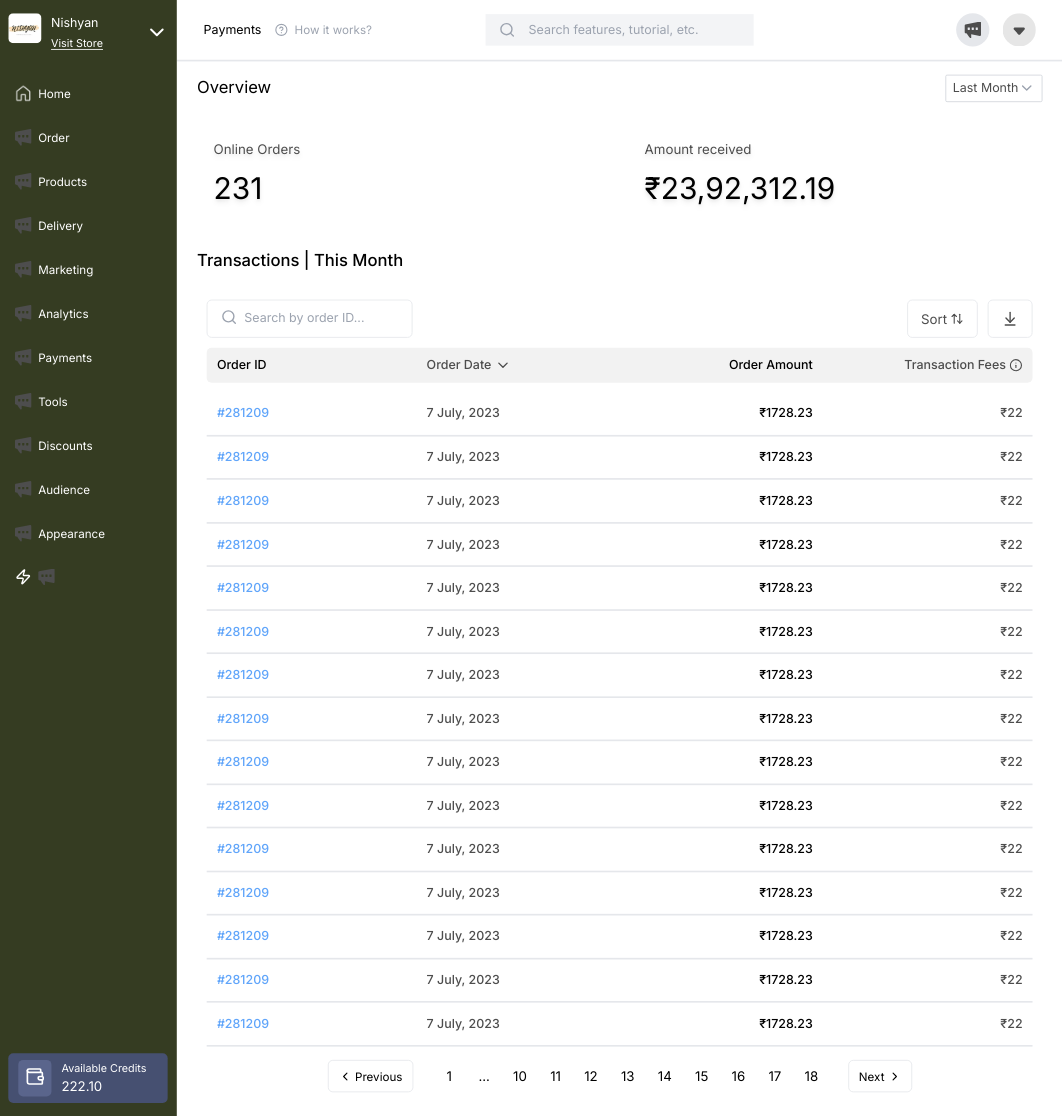
Repository: SubhamBnk/dukaan-task
Page: /
These files come from the project's save history. The page is drawn as it stood at one moment and after the next save; the edit follows.
The browser window is 1280 px wide. The pictures show the whole page, at 83% of full size.
The project was rebuilt for these pictures with package versions that can differ from the ones it lists, and the page was loaded fresh each time. The framework's server and built-in components were replaced by stand-ins that run in the browser. Also part of the build but not shown: next.config.js.

Above is the page before, as saved 2024-01-09 20:41:00.

### src/app/page.tsx
import OrderList from '@/components/OrderList'
import {  ArrowDown, ArrowDownToLine, ArrowUpDown, BadgePercent, BarChartBig, ChevronDown, ChevronLeft, ChevronRight, ClipboardList, CreditCard, HelpCircle, HomeIcon, Info, LayoutGrid, MousePointer2, Palette, Search, Truck, Users, Volume2, Wallet, Zap } from 'lucide-react'
import Image from 'next/image'

export default function Home() {
  const ordersToRender = [];

    for (let i = 0; i < 15; i++) {
      ordersToRender.push(<OrderList key={i} />);
    }

  return (
    <div className='grid grid-cols-6 bg-white '>
      <div className='bg-[#353C22] h-100 px-2.5 py-4 text-white relative'>
          {/* Logo and Name */}
          <div className='flex gap-3'>
            <div>
              <Image src='/logo.png' alt='Nishyan' className='rounded-md' width={50} height={50}/>
            </div>
            <div className='flex flex-col gap-1 justify-start items-start w-2/3'>
              <p className='text-[15px]'>
                Nishyan</p>
              <p className='text-[13px] underline underline-offset-2'>Visit Store</p>
            </div>
            <div className='flex items-center'>
              <ChevronDown className='h-7 w-7 font-bold'/>
            </div>
          </div>

          {/* Navigation List */}
          <div className='mt-6 gap-1'>
              <div className='flex gap-2 px-2 py-4 rounded-md hover:bg-[#4d587b]'>
                 <Image src="/home.png" alt="group" width={20} height={20}/>
                <p className='text-[14px]'>Home</p>
              </div>
              <div className='flex gap-2 px-2 py-4 rounded-md hover:bg-[#4d587b]'>
                 <Image src='./Group.svg' alt="group" width={20} height={20}/>
                <p className='text-[14px]'>Order</p>
              </div>
              <div className='flex gap-2 px-2 py-4 rounded-md hover:bg-[#4d587b]'>
                 <Image src='./Group.svg' alt="group" width={20} height={20}/>
                <p className='text-[14px]'>Products</p>
              </div>
              <div className='flex gap-2 px-2 py-4 rounded-md hover:bg-[#4d587b]'>
                 <Image src='./Group.svg' alt="group" width={20} height={20}/>
                <p className='text-[14px]'>Delivery</p>
              </div>
              <div className='flex gap-2 px-2 py-4 rounded-md hover:bg-[#4d587b]'>
                 <Image src='./Group.svg' alt="group" width={20} height={20}/>
                <p className='text-[14px]'>Marketing</p>
              </div>
              <div className='flex gap-2 px-2 py-4 rounded-md hover:bg-[#4d587b]'>
                 <Image src='./Group.svg' alt="group" width={20} height={20}/>
                <p className='text-[14px]'>Analytics</p>
              </div>
              <div className='flex gap-2 px-2 py-4 rounded-md hover:bg-[#4d587b]'>
                 <Image src='./Group.svg' alt="group" width={20} height={20}/>
                <p className='text-[14px]'>Payments</p>
              </div>
              <div className='flex gap-2 px-2 py-4 rounded-md hover:bg-[#4d587b]'>
                 <Image src='./Group.svg' alt="group" width={20} height={20}/>
                <p className='text-[14px]'>Tools</p>
              </div>
              <div className='flex gap-2 px-2 py-4 rounded-md hover:bg-[#4d587b]'>
                 <Image src='./Group.svg' alt="group" width={20} height={20}/>
                <p className='text-[14px]'>Discounts</p>
              </div>
              <div className='flex gap-2 px-2 py-4 rounded-md hover:bg-[#4d587b]'>
                <Image src='./Group.svg' alt="group" width={20} height={20}/>
                <p className='text-[14px]'>Audience</p>
              </div>
              <div className='flex gap-2 px-2 py-4 rounded-md hover:bg-[#4d587b]'>
                <Image src='./Group.svg' alt="group" width={20} height={20}/>
                <p className='text-[14px]'>Appearance</p>
              </div>
              <div className='flex gap-2 px-2 py-4 rounded-md hover:bg-[#4d587b]'>
                <Zap className='w-5 h-5'/>
                 <Image src='./Group.svg' alt="group" width={20} height={20}/>
              </div>

          </div>

          {/* Available Credits */}
          <div className='absolute bottom-2 flex items-center mb-2 w-[90%]'>
            <div className='flex px-3 py-2 bg-[#465071] rounded-md w-full'>
              <div className='p-2 bg-[#5a658c] rounded-md'>
                <Wallet className='w-6 h-6'/>
              </div>
              <div className='pl-3 w-full'>
                <p className='text-[13px]'>Available Credits</p>
                <p className='text-[16px]'>222.10</p>
              </div>
            </div>
          </div>
      </div>

      {/* Dashboard Navbar*/}
      <div className='col-span-5'>
        {/* Navbar */}
        <div className='grid grid-cols-3 gap-4 py-4 px-8 items-center border-b-2 border-gray-200'>
            <div className='flex gap-4 w-auto'>
              <p className='text-[15px] font-md'>Payments</p>
              <div className='flex items-center gap-2 w-auto'>
                <HelpCircle className='text-gray-400 w-4 h-4'/>
                <p className='text-sm font-sm text-gray-400'> How it works?</p>
              </div>
            </div>
            <div className='flex gap-4 w-auto items-center bg-gray-100 px-4 py-2'>
              <Search className='text-gray-400 w-5 h-5'/>
              <p className='text-[15px] text-gray-400'>Search features, tutorial, etc.</p>
            </div>
            <div className='flex gap-4 w-auto justify-end'>
              <div className='rounded-full bg-gray-200 h-10 w-10 flex items-center justify-center'>
              <Image src='./Group.svg' alt="group" width={20} height={20}/>
              </div>
              <Image src='./Menu.svg' alt="menu" width={40} height={40}/>
            </div>
        </div>

        {/* Main content */}
        <div className='flex flex-col px-6 py-4'>
          <div>
            {/* Overview Layer */}
            <div className='flex justify-between'>
              <p className='text-[20px] text-semibold'>Overview</p>
              <div className='px-2 py-1 rounded-sm flex border border-gray-300 items-center'>
                <p className='text-[15px] text-[#4D4D4D]'>Last Month</p>
                <ChevronDown className='text-gray-400 h-5 w-5'/>
              </div>
            </div>
            {/* Orders Layer */}
            <div className='grid grid-cols-2 gap-5 mt-6'>
              <div className='p-5 flex flex-col gap-4 drop-shadow-md'>
                <div><p className='text-[16px] text-[#4D4D4D]'>Online Orders</p></div>
                <div><p className='text-4xl'>231</p></div>
              </div>
              <div className='p-5 flex flex-col gap-4 drop-shadow-md'>
                <div><p className='text-[16px] text-[#4D4D4D]'>Amount received</p></div>
                <div><p className='text-4xl'>₹23,92,312.19</p></div>
              </div>
            </div>
          </div>

          {/* Transactions section */}
          <div className='mt-8 flex flex-col'>
            <div className='w-auto'>
              <p className='text-[20px] font-[500]'>Transactions | This Month</p>
            </div>

            {/* Order Details */}
            <div className='mt-5 p-3'>
                {/* Search Sort and Download Section */}
                <div className='flex flex-col gap-3'>
                    <div className='flex gap-3'>
                      <div className='flex justify-between w-full'>
                        <div className='flex flex-start py-2.5 px-4 border border-gray-200 rounded-md w-[248px]'>
                          <Search className='text-gray-400 w-5 h-5'/>
                          <p className='text-[15px] text-gray-400 pl-2'>Search by order ID...</p>
                        </div>
                        {/* Sort Icon */}
                        <div className='flex flex-start items-center py-2.5 px-4 border border-gray-200 rounded-md '>
                          <p className='text-[16px] text-[#4D4D4D]'>Sort</p>
                          <ArrowUpDown className='text-[#4D4D4D] w-5 h-5 pl-1'/>
                        </div>
                      </div>

                      {/* Download Icon  */}
                      <div className='flex flex-start items-center py-2.5 px-4 border border-gray-200 rounded-md '>
                        <ArrowDownToLine className='text-[#4D4D4D] w-5 h-5'/>
                      </div>
                    </div>

                    {/* Table Header */}
                    <div className='py-2.5 px-3 grid grid-cols-4 gap-10 rounded-md bg-[#F2F2F2]'>
                      <div className='flex justify-start items-start'><p className='text-[15px] font-[500]'>Order ID</p></div>
                      <div className='flex justify-start items-center'>
                        <p className='text-[15px] text-[#4D4D4D] font-[500]'>Order Date</p>
                        <ChevronDown className='text-[#4D4D4D] w-5 h-5 ml-1'/>
                      </div>
                      <div className='flex justify-end items-end'><p className='text-[15px] font-[500]'>Order Amount</p></div>
                      <div className='flex justify-end items-center'>
                        <p className='text-[15px] text-[#4D4D4D] font-[500]'>Transaction Fees</p>
                        <Info className='text-[#4D4D4D] w-4 h-4 ml-1'/>
                      </div>
                    </div>

                    {/* Orders List */}
                    <div>
                      {ordersToRender}
                    </div>

                    {/* Pagination */}
                    <div className='mt-1 flex items-center justify-center gap-6'>
                        {/* Previous Icon*/}
                        <div className='flex flex-start items-center py-2 px-3 border border-gray-200 hover:bg-blue-500 hover:text-white rounded-md'>
                          <ChevronLeft className=' w-5 h-5 pr-1'/>
                          <p className='text-[14px] '>Previous</p>
                        </div>
                        <div className='flex gap-1'>
                            <div className='py-2 px-4 hover:bg-blue-500 hover:text-white rounded-md'><p>1</p></div>
                            <div className='py-2 px-3 hover:bg-blue-500 hover:text-white rounded-md'><p>...</p></div>
                            <div className='py-2 px-3 hover:bg-blue-500 hover:text-white rounded-md'><p>10</p></div>
                            <div className='py-2 px-3 hover:bg-blue-500 hover:text-white rounded-md'><p>11</p></div>
                            <div className='py-2 px-3 hover:bg-blue-500 hover:text-white rounded-md'><p>12</p></div>
                            <div className='py-2 px-3 hover:bg-blue-500 hover:text-white rounded-md'><p>13</p></div>
                            <div className='py-2 px-3 hover:bg-blue-500 hover:text-white rounded-md'><p>14</p></div>
                            <div className='py-2 px-3 hover:bg-blue-500 hover:text-white rounded-md'><p>15</p></div>
                            <div className='py-2 px-3 hover:bg-blue-500 hover:text-white rounded-md'><p>16</p></div>
                            <div className='py-2 px-3 hover:bg-blue-500 hover:text-white rounded-md'><p>17</p></div>
                            <div className='py-2 px-3 hover:bg-blue-500 hover:text-white rounded-md'><p>18</p></div>
                        </div>
                        <div className='flex flex-start items-center py-2 px-3 border border-gray-200 hover:bg-blue-500 hover:text-white rounded-md '>
                          <p className='text-[14px] '>Next</p>
                          <ChevronRight className='w-5 h-5 pl-1'/>
                        </div>
                    </div>
                </div>
            </div>
          </div>
        </div>
      </div>
    </div>
  )
}

### src/components/OrderList.tsx


const OrderList = () => {
  return (
    <div className='grid grid-cols-4 gap-10 px-3 py-3.5 border-b-2 border-gray-200'>
            <div className='flex justify-start items-start'><p className='text-[15px] font-[500] text-blue-400'>#281209</p></div>
            <div className='flex justify-start items-center'>
            <p className='text-[15px] text-[#4D4D4D] font-[500]'>7 July, 2023</p>
            </div>
            <div className='flex justify-end items-end'><p className='text-[15px] font-[500]'>&#x20B9;1728.23</p></div>
            <div className='flex justify-end items-center'>
                <p className='text-[15px] text-[#4D4D4D] font-[500]'>&#x20B9;22</p>
            </div>
    </div>
  )
}

export default OrderList

Loaded but not shown: src/app/layout.tsx (common file); src/app/globals.css (common file); tailwind.config.ts (common file)

After the next save:
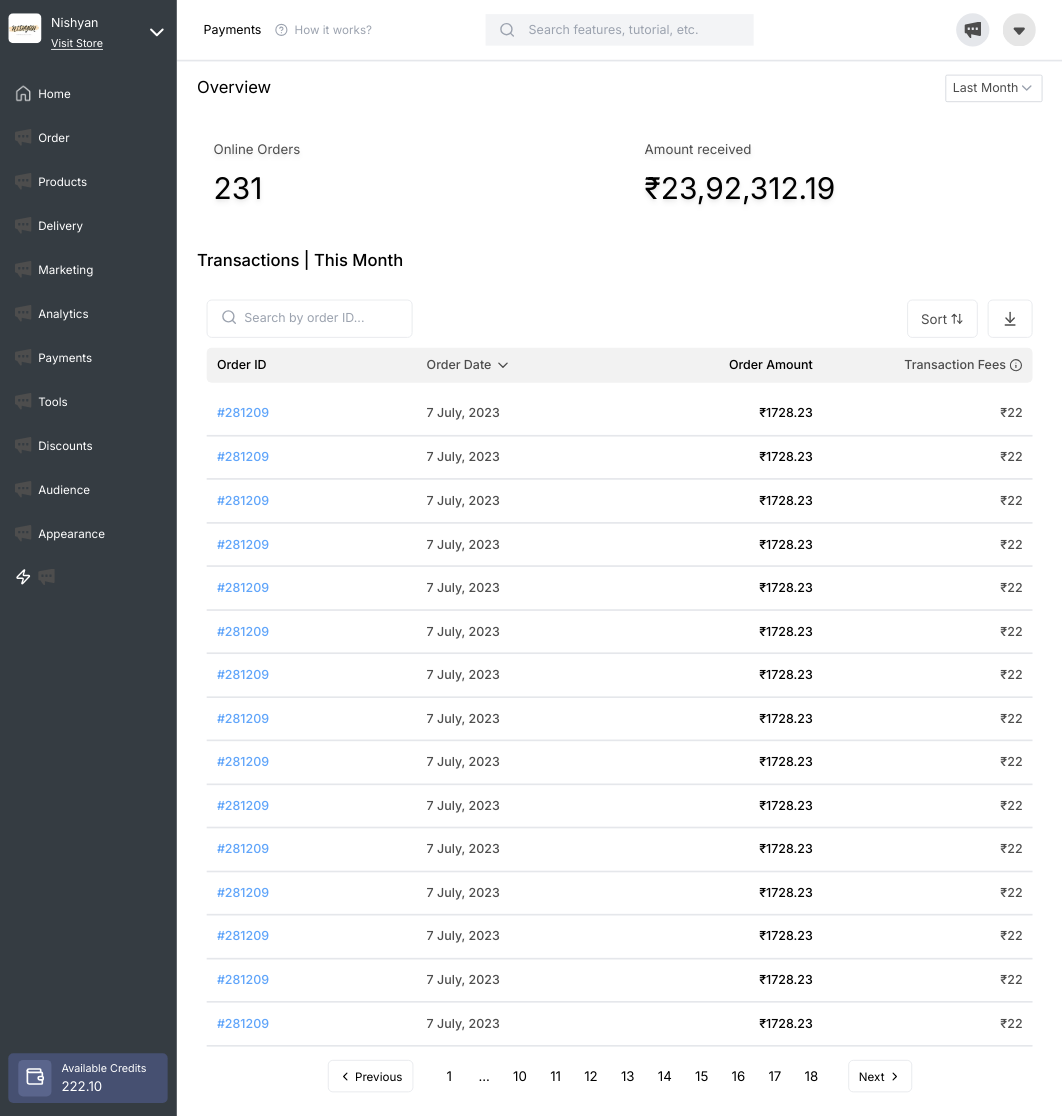
Saved 6 s later.
--- a/src/app/page.tsx
+++ b/src/app/page.tsx
@@ -11,7 +11,7 @@ export default function Home() {
 
   return (
     <div className='grid grid-cols-6 bg-white '>
-      <div className='bg-[#353C22] h-100 px-2.5 py-4 text-white relative'>
+      <div className='bg-[#353C42] h-100 px-2.5 py-4 text-white relative'>
           {/* Logo and Name */}
           <div className='flex gap-3'>
             <div>
